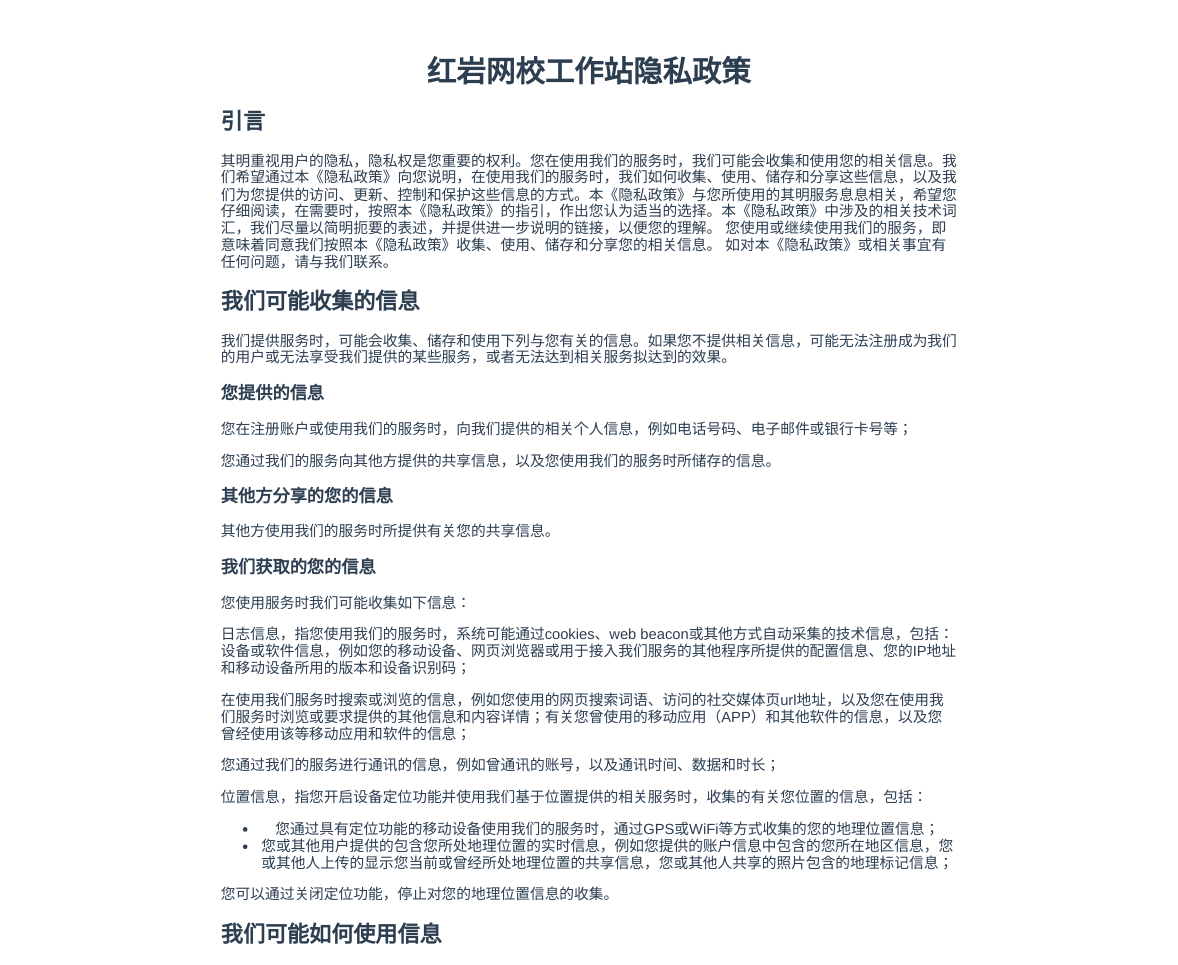
Repository: zl-mdc/privacy-policy
Page: /
These files come from the project's save history. The page is drawn as it stood at one moment and after the next save; the edit follows.
The browser window is 1280 px wide. The pictures show the whole page, at 92% of full size.
The project was rebuilt for these pictures with package versions that can differ from the ones it lists, and the page was loaded fresh each time.

Above is the page before, as saved 2020-09-17 15:40:06.

### src/main.js
import Vue from 'vue'
import App from './App.vue'
import 'normalize.css'

Vue.config.productionTip = false

new Vue({
  render: h => h(App),
}).$mount('#app')

### src/App.vue
<template>
  <div id="app">
    <Info />
  </div>
</template>

<script>
import Info from './components/Info';

export default {
  name: 'App',
  components: {
    Info
  }
}
</script>

<style>
#app {
  font-family: Avenir, Helvetica, Arial, sans-serif;
  -webkit-font-smoothing: antialiased;
  -moz-osx-font-smoothing: grayscale;
  text-align: center;
  color: #2c3e50;
  margin-top: 60px;
}
</style>

### src/components/Info.vue
<!--
 * @Author: Code_Master
 * @Date: 2020-09-17 15:00:51
 * @LastEditTime: 2020-09-17 15:40:05
 * @LastEditors: Code_Master
 * @FilePath: /privacy-policy/src/components/Info.vue
 * @Description: The first 90% of the code accounts for the first 90% of the development time. The remaining 10% of the code accounts for the other 90% of the development time.
-->
<template>
    <div id="info">
          <h1>红岩网校工作站隐私政策</h1>

          <h2>引言</h2>
          <p><span></span>其明重视用户的隐私，隐私权是您重要的权利。您在使用我们的服务时，我们可能会收集和使用您的相关信息。我们希望通过本《隐私政策》向您说明，在使用我们的服务时，我们如何收集、使用、储存和分享这些信息，以及我们为您提供的访问、更新、控制和保护这些信息的方式。本《隐私政策》与您所使用的其明服务息息相关，希望您仔细阅读，在需要时，按照本《隐私政策》的指引，作出您认为适当的选择。本《隐私政策》中涉及的相关技术词汇，我们尽量以简明扼要的表述，并提供进一步说明的链接，以便您的理解。 您使用或继续使用我们的服务，即意味着同意我们按照本《隐私政策》收集、使用、储存和分享您的相关信息。 如对本《隐私政策》或相关事宜有任何问题，请与我们联系。 </p>

          <h2>我们可能收集的信息</h2>
          <p>我们提供服务时，可能会收集、储存和使用下列与您有关的信息。如果您不提供相关信息，可能无法注册成为我们的用户或无法享受我们提供的某些服务，或者无法达到相关服务拟达到的效果。</p>
          <h3>您提供的信息</h3>
          <p>您在注册账户或使用我们的服务时，向我们提供的相关个人信息，例如电话号码、电子邮件或银行卡号等；</p>
          <p>您通过我们的服务向其他方提供的共享信息，以及您使用我们的服务时所储存的信息。</p>
          <h3>其他方分享的您的信息</h3>
          <p>其他方使用我们的服务时所提供有关您的共享信息。</p>
          <h3>我们获取的您的信息</h3>
          <p>您使用服务时我们可能收集如下信息：</p>
          <p>日志信息，指您使用我们的服务时，系统可能通过cookies、web beacon或其他方式自动采集的技术信息，包括：设备或软件信息，例如您的移动设备、网页浏览器或用于接入我们服务的其他程序所提供的配置信息、您的IP地址和移动设备所用的版本和设备识别码；</p>
          <p>在使用我们服务时搜索或浏览的信息，例如您使用的网页搜索词语、访问的社交媒体页url地址，以及您在使用我们服务时浏览或要求提供的其他信息和内容详情；有关您曾使用的移动应用（APP）和其他软件的信息，以及您曾经使用该等移动应用和软件的信息；</p>
          <p>您通过我们的服务进行通讯的信息，例如曾通讯的账号，以及通讯时间、数据和时长；</p>
          <p>位置信息，指您开启设备定位功能并使用我们基于位置提供的相关服务时，收集的有关您位置的信息，包括：</p>
          <ul>
              <li>您通过具有定位功能的移动设备使用我们的服务时，通过GPS或WiFi等方式收集的您的地理位置信息；</li>
              <li>您或其他用户提供的包含您所处地理位置的实时信息，例如您提供的账户信息中包含的您所在地区信息，您或其他人上传的显示您当前或曾经所处地理位置的共享信息，您或其他人共享的照片包含的地理标记信息；</li>
          </ul>
          <p>您可以通过关闭定位功能，停止对您的地理位置信息的收集。</p>

          <h2>我们可能如何使用信息</h2>
          <p></p>
    </div>
</template>

<script>
export default {
    name: "Info",
}
</script>

<style>
    #info {
        width: 800px;
        margin: 0 auto;
    }
    h2 {
        text-align: left;
    }
    p {
        text-align: left;
    }
    h3 {
        text-align: left;
    }
</style>

Loaded but not shown: public/index.html (common file)

After the next save:
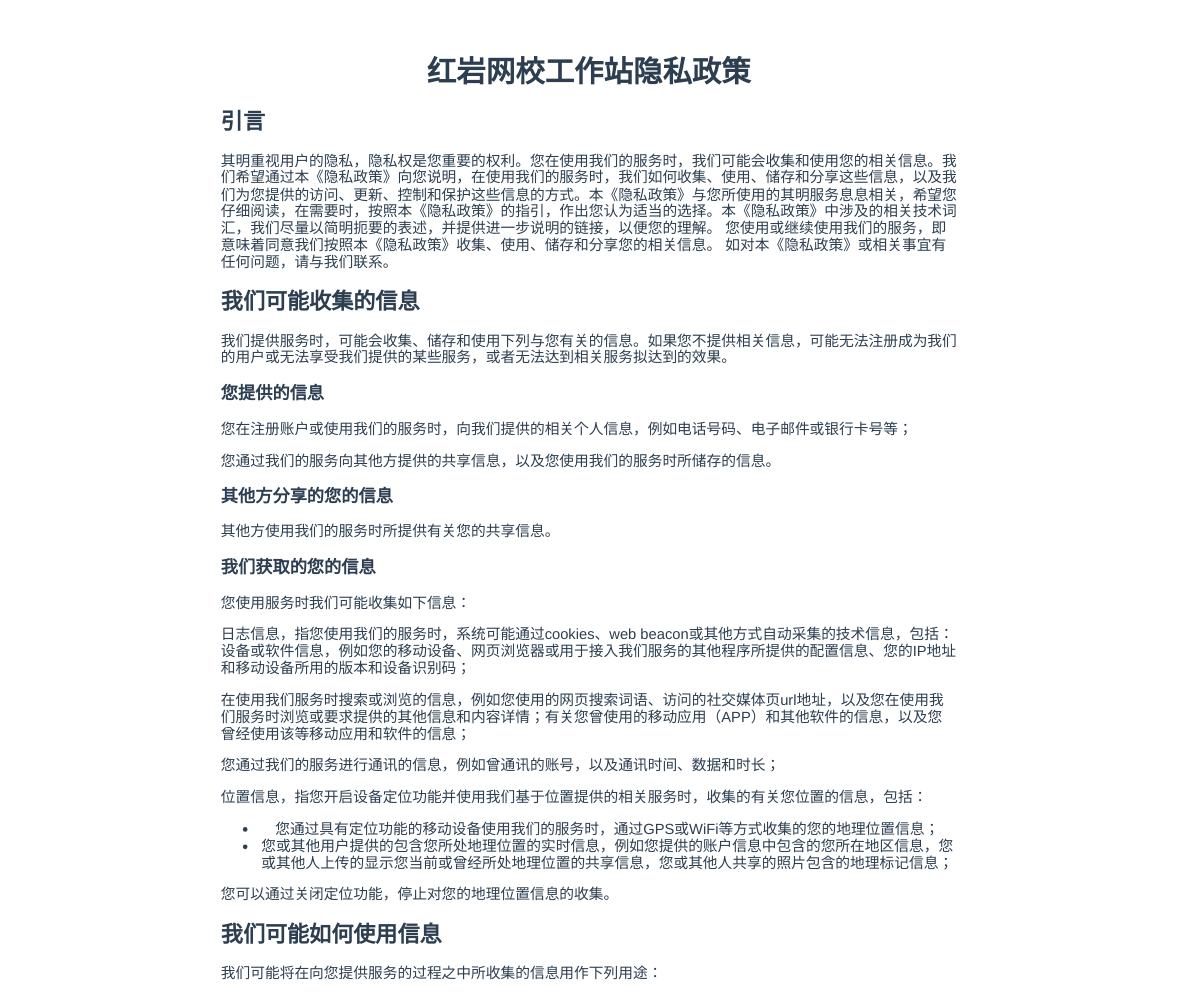
Saved 16 s later.
--- a/src/components/Info.vue
+++ b/src/components/Info.vue
@@ -1,7 +1,7 @@
 <!--
  * @Author: Code_Master
  * @Date: 2020-09-17 15:00:51
- * @LastEditTime: 2020-09-17 15:40:05
+ * @LastEditTime: 2020-09-17 15:40:22
  * @LastEditors: Code_Master
  * @FilePath: /privacy-policy/src/components/Info.vue
  * @Description: The first 90% of the code accounts for the first 90% of the development time. The remaining 10% of the code accounts for the other 90% of the development time.
@@ -33,7 +33,10 @@
           <p>您可以通过关闭定位功能，停止对您的地理位置信息的收集。</p>
 
           <h2>我们可能如何使用信息</h2>
-          <p></p>
+          <p>我们可能将在向您提供服务的过程之中所收集的信息用作下列用途：</p>
+          <ul>
+
+          </ul>
     </div>
 </template>
 
